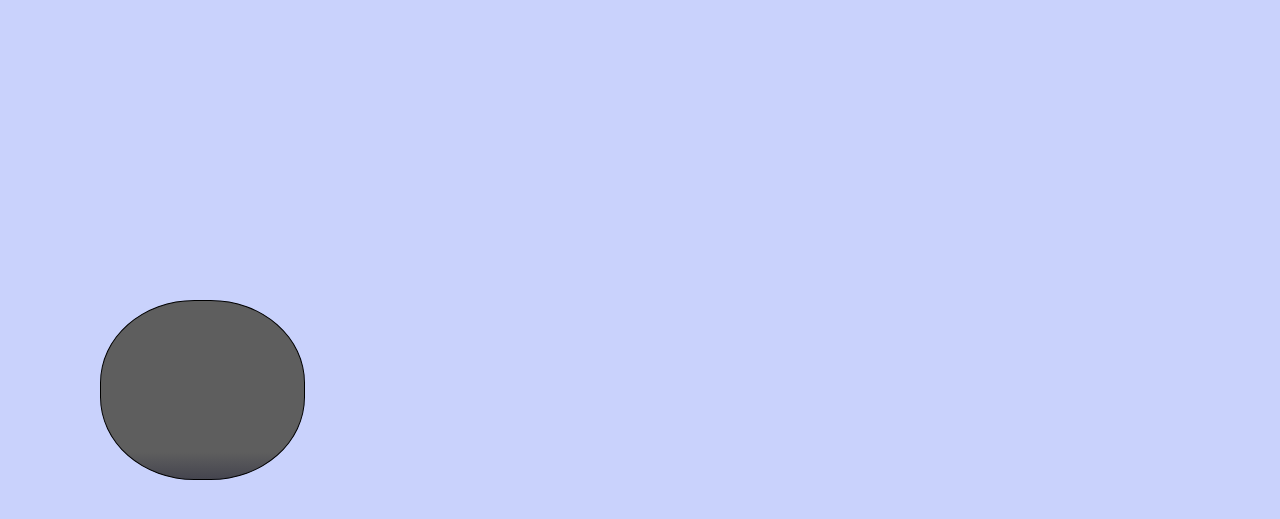
Repository: cipdanila/freeCodeCamp
Page: CatPainting/index.html
An editor plug-in stored every save of this project. The page is shown before and after the next save, followed by the edit.
The browser window is 1280 px wide. The pictures show the whole page.

Above is the page before, as saved 2023-10-20 18:26:30.

After the next save:
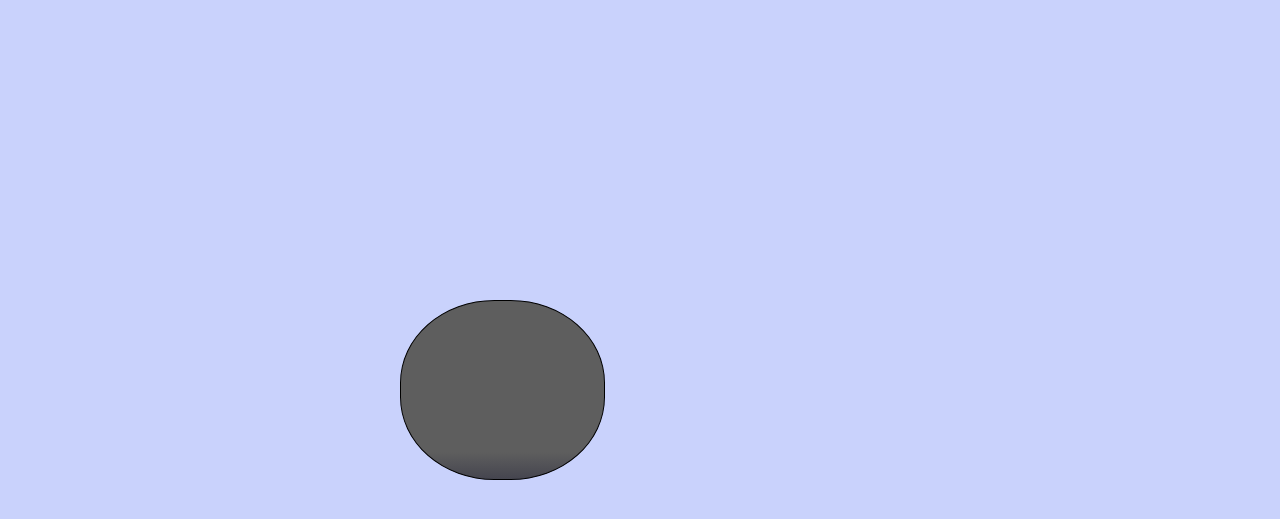
Saved 8 s later.
--- a/CatPainting/styles.css
+++ b/CatPainting/styles.css
@@ -9,7 +9,7 @@
 .cat-head {
     position: absolute;
     top: 300px;
-    left: 100px;
+    left: 400px;
     width: 205px;
     height: 180px;
     border: 1px solid #000;
